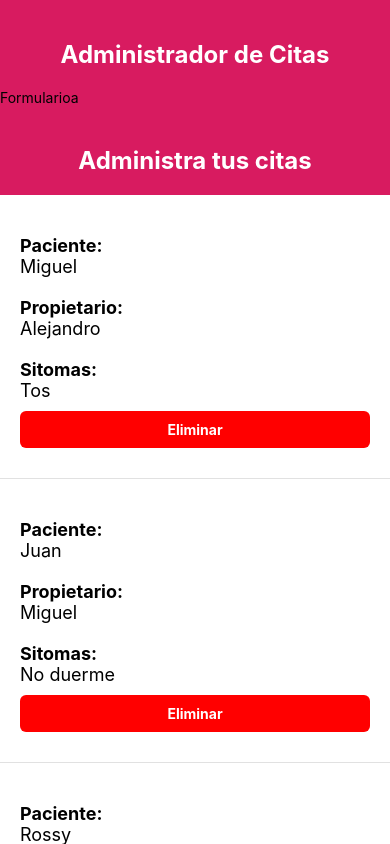
Repository: AleMicky/citas
Screen: /
These files come from the project's save history. The screen is drawn as it stood at one moment and after the next save; the edit follows.
An inner scrolling area shows only its first screen. The app was drawn by React Native's web renderer in a window 390 px wide. The project was rebuilt for these pictures with package versions that can differ from the ones it lists, and the page was loaded fresh each time.

Above is the screen before, as saved 2020-06-27 00:56:45.

### App.js
import React from 'react'
import { View, Text, StyleSheet, FlatList } from 'react-native'
import Cita from './src/components/Cita';
import Formulario from './src/components/Formulario';

export default function App() {

  const [citas, setCitas] = React.useState([
      { id:'1', paciente:'Miguel', propietario:'Alejandro', sitomas: 'Tos' },
      { id:'2', paciente:'Juan', propietario:'Miguel', sitomas: 'No duerme' },
      { id:'3', paciente:'Rossy', propietario:'Camila', sitomas: 'No come' }
  ]);

   const eliminarPaciente = id => {
      setCitas((citasActuales) =>{
        return citasActuales.filter(citas => citas.id != id)
      })
   }
  return (
    <View style={styles.contenedor}>
        <Text style={styles.titulo}>Administrador de Citas</Text>
          <Formulario />
          <Text style={styles.titulo}>{citas.length > 0 ?'Administra tus citas':'No hay citas, agrega una '}</Text>
          <FlatList data = {citas}
                    renderItem = {({item}) => (<Cita item = {item} eliminarPaciente = {eliminarPaciente}/>)}
                    keyExtractor = {citas => citas.id}
            />
    </View>
  )
}

const styles = StyleSheet.create({
  contenedor:{
    flex:1,
    backgroundColor:'#d81b60'
  },
  titulo:{
    marginTop:40,
    marginBottom:20,
    fontSize: 24,
    fontWeight:'bold',
    textAlign:'center',
    color:'#fff'
  }
})

### src/components/Cita.js
import React from 'react';
import { Text, StyleSheet, View, TouchableOpacity } from 'react-native';

const Cita = ({ item, eliminarPaciente }) => {

    const { id, paciente, propietario, sitomas  } = item;

    const dialogoEliminar = id => {
        eliminarPaciente(id);
    }

    return (
        <View style={styles.cita}>
            <View>
                <Text style={styles.lebel}>Paciente: </Text>
                <Text style={styles.texto}>{paciente}</Text>
            </View>
            <View>
                <Text style={styles.lebel}>Propietario: </Text>
                <Text style={styles.texto}>{propietario}</Text>
            </View>
            <View>
                <Text style={styles.lebel}>Sitomas: </Text>
                <Text style={styles.texto}>{sitomas}</Text>
            </View>
            <View>
                <TouchableOpacity onPress={() => dialogoEliminar(id)} style={styles.butonEliminar}>
                        <Text style={styles.textoELiminar}>Eliminar</Text>
                </TouchableOpacity>
            </View>
        </View>
    );
}
const styles = StyleSheet.create({
    cita:{
        backgroundColor:'#fff',
        borderBottomColor:"#e1e1e1",
        borderStyle:'solid',
        borderBottomWidth: 1,
        paddingVertical:20,
        paddingHorizontal:20,
    },
    lebel:{
        fontWeight:'bold',
        fontSize:18,
        marginTop:20
    },
    texto:{
        fontSize:18,
    },
    butonEliminar:{
        borderRadius: 6,
        padding:10,
        backgroundColor:'red',
        marginVertical:10,

    },
    textoELiminar:{
        color:'#fff',
        fontWeight:'bold',
        textAlign:'center'
    }
})
export default Cita;

### src/components/Formulario.js
import React from 'react';
import { View, Text } from 'react-native';

const Formulario = () => {
    return (
        <View>
            <Text>Formularioa</Text>
        </View>
    );
}

export default Formulario;

After the next save:
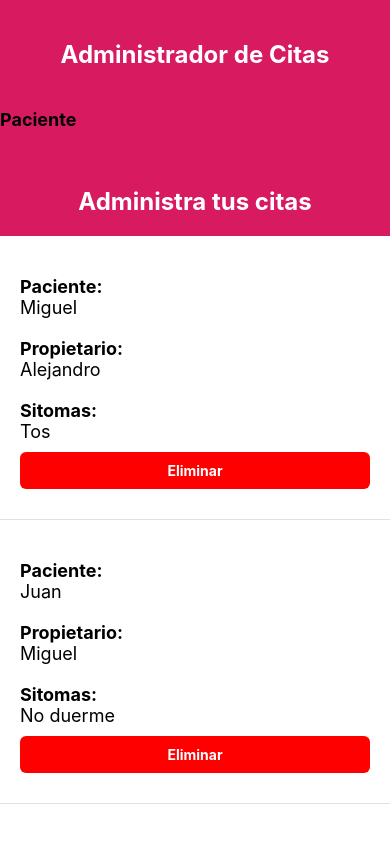
Saved 3 min 22 s later.
--- a/src/components/Formulario.js
+++ b/src/components/Formulario.js
@@ -1,12 +1,27 @@
 import React from 'react';
-import { View, Text } from 'react-native';
+import { View, Text, StyleSheet, TextInput } from 'react-native';
 
 const Formulario = () => {
     return (
-        <View>
-            <Text>Formularioa</Text>
-        </View>
+        <>
+            <View>
+                <Text style={styles.label}>Paciente</Text>
+                <TextInput
+
+                 />
+            </View>
+        </>
     );
 }
 
+
+const styles = StyleSheet.create({
+    label:{
+        fontWeight:'bold',
+        fontSize:18,
+        marginTop:20
+    },
+    inpul:{}
+});
+
 export default Formulario;
